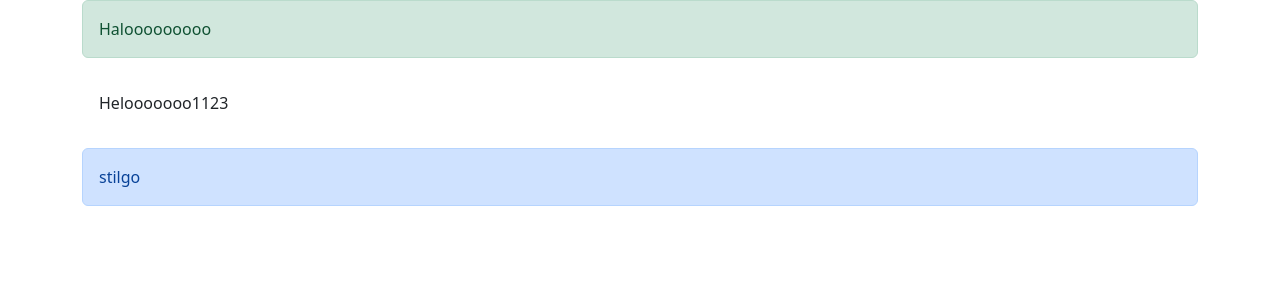
Repository: hcozyph/cybersoft_JS_5_T-ch-h-m
Page: index.htm
An editor plug-in stored every save of this project. The page is shown before and after the next save, followed by the edit.
The browser window is 1280 px wide. The pictures show the whole page.

Above is the page before, as saved 2023-02-05 10:32:20.

### index.htm
<!DOCTYPE html>
<html lang="en">
    <head>
        <title>JS_5</title>
        <!-- Required meta tags -->
        <meta charset="utf-8" />
        <meta
            name="viewport"
            content="width=device-width, initial-scale=1, shrink-to-fit=no"
        />

        <!-- Bootstrap CSS v5.2.1 -->
        <link
            href="https://cdn.jsdelivr.net/npm/bootstrap@5.2.1/dist/css/bootstrap.min.css"
            rel="stylesheet"
            integrity="sha384-iYQeCzEYFbKjA/T2uDLTpkwGzCiq6soy8tYaI1GyVh/UjpbCx/TYkiZhlZB6+fzT"
            crossorigin="anonymous"
        />

        <!-- index.css -->
        <link rel="stylesheet" href="./css/index.css" />
    </head>

    <body>
        <div class="container">
            <div class="alert alert-success" id="output">Halooooooooo</div>

            <p class="alert alert-morning my-3" id="output-p">Helooooooo1123</p>

            <span class="d-block alert alert-primary my-3" id="output-span"
                >stilgo</span
            >
        </div>

        <!-- bootstrap -->
        <script
            src="https://cdn.jsdelivr.net/npm/@popperjs/core@2.11.6/dist/umd/popper.min.js"
            integrity="sha384-oBqDVmMz9ATKxIep9tiCxS/Z9fNfEXiDAYTujMAeBAsjFuCZSmKbSSUnQlmh/jp3"
            crossorigin="anonymous"
        ></script>

        <script
            src="https://cdn.jsdelivr.net/npm/bootstrap@5.2.1/dist/js/bootstrap.min.js"
            integrity="sha384-7VPbUDkoPSGFnVtYi0QogXtr74QeVeeIs99Qfg5YCF+TidwNdjvaKZX19NZ/e6oz"
            crossorigin="anonymous"
        ></script>

        <!-- index.js -->
        <script src="./js/index.js"></script>
    </body>
</html>

Loaded but not shown: css/index.css (no stored copy; drawn as an empty file); js/index.js (no stored copy; drawn as an empty file)

After the next save:
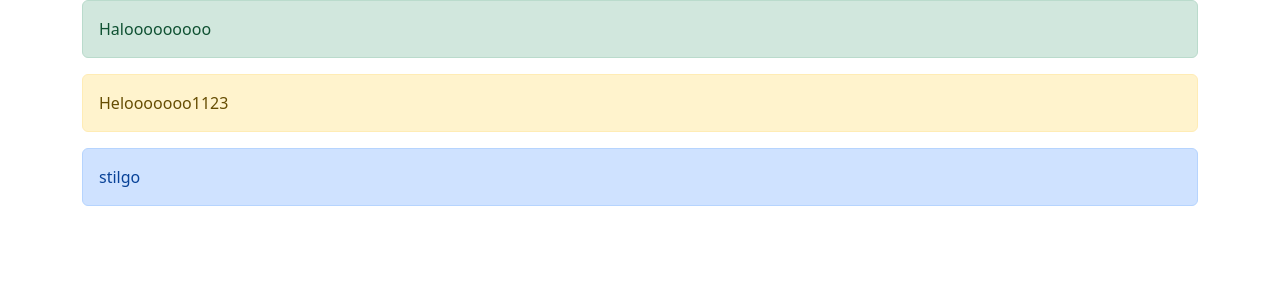
Saved 9 s later.
--- a/index.htm
+++ b/index.htm
@@ -25,7 +25,7 @@
         <div class="container">
             <div class="alert alert-success" id="output">Halooooooooo</div>
 
-            <p class="alert alert-morning my-3" id="output-p">Helooooooo1123</p>
+            <p class="alert alert-warning my-3" id="output-p">Helooooooo1123</p>
 
             <span class="d-block alert alert-primary my-3" id="output-span"
                 >stilgo</span
